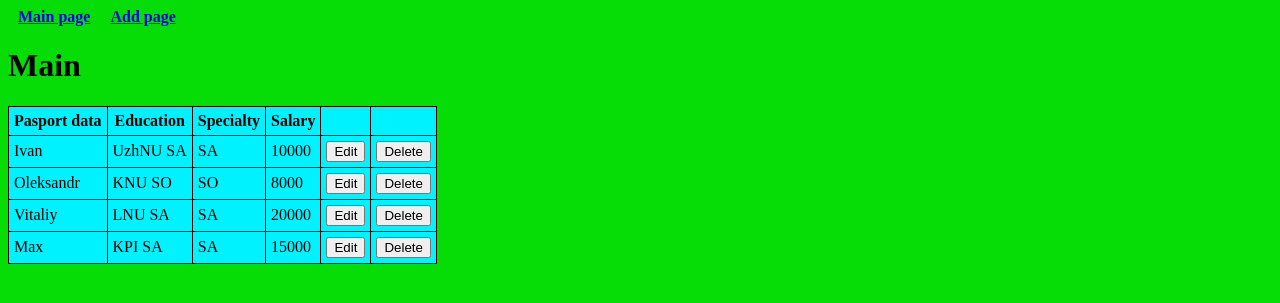
Repository: Alan-Melnychenko/vue
Page: / (app in Project/)
The author's editor kept a copy of each file at every save. The page is drawn from the files as they stood at one save, then again after the next save.
The browser window is 1280 px wide. The pictures show the whole page.
The project was rebuilt for these pictures with package versions that can differ from the ones it lists, and the page was loaded fresh each time. Also part of the build but not shown: Project/vue.config.js, Project/src/pages/Add/index.vue, Project/src/pages/Edit/index.vue.

Above is the page before, as saved 2022-11-08 23:33:17.

### Project/src/App.vue
<template>
  <div>
    <header>
      <router-link class="link" to="/"><b>Main page</b></router-link>
      <router-link class="link" to="/add"><b>Add page</b></router-link>
    </header>
    <main>
      <router-view></router-view>
    </main>
  </div>
</template>
<script>
export default {
  name: "App",
  components: {},
};
</script>

<style>
table {
  background-color: rgb(0, 242, 255);
}
body {
  background-color: rgb(6, 221, 6);
}
.link {
  margin: 10px;
}
table {
  border-collapse: collapse;
  border: 1px solid black;
  padding: 2px;
}
th {
  background-color:  rgb(0, 0, 0));
  border: 1px solid black;
  padding: 5px;
}
td {
  border: 1px solid black;
  padding: 5px;
}
</style>

### Project/src/router.js
import { createRouter, createWebHashHistory } from "vue-router";

import MainPage from "./pages/Main/index.vue";
import AddPage from "./pages/Add/index.vue";
import EditPage from "./pages/Edit/index.vue";

const routes = [
  {
    path: "/",
    name: "main",
    component: MainPage,
  },
  {
    path: "/add",
    name: "add",
    component: AddPage,
  },
  {
    path: "/edit/:id?",
    name: "edit",
    component: EditPage,
  },
];

const router = createRouter({
  history: createWebHashHistory(),
  routes,
});

export default router;

### Project/src/store/index.js
import { createStore } from "vuex";

const store = createStore({
  state() {
    return {
      listData: [
        {
          id: 0,
          pasport: "Ivan",
          education: "UzhNU SA",
          specialty: "SA",
          salary: 10000,
        },
        {
          id: 1,
          pasport: "Oleksandr",
          education: "KNU SO",
          specialty: "SO",
          salary: 8000,
        },
        {
          id: 2,
          pasport: "Vitaliy",
          education: "LNU SA",
          specialty: "SA",
          salary: 20000,
        },
        {
          id: 3,
          pasport: "Max",
          education: "KPI SA",
          specialty: "SA",
          salary: 15000,
        },
      ],
    };
  },
  getters: {
    getAllListData: (state) => state.listData,
    getEmployeeById: (state) => (id) => {
      return state.listData[id];
    },
  },

  mutations: {
    addNewEmployee(state, arr) {
      state.listData.push(arr);
    },
    editEmployee(state, arr) {
      state.listData[arr[0]] = arr[1];
    },
    deleteEmployee(state, id) {
      state.listData = state.listData.filter((item) => item.id !== id);
    },
  },
  actions: {
    addNewEmployeeAction({ commit }, arr) {
      commit("addNewEmployee", arr);
    },
    editEmployeeAction({ commit }, arr) {
      commit("editEmployee", arr);
    },
    deleteEmployeeAction({ commit }, id) {
      commit("deleteEmployee", id);
    },
  },
});

export default store;

### Project/src/pages/Main/index.vue
<template>
  <div>
    <h1>Main</h1>
    <table>
      <tr>
        <th>Pasport data</th>
        <th>Education</th>
        <th>Specialty</th>
        <th>Salary</th>
        <th></th>
        <th></th>
      </tr>
      <employee-card
        v-for="item in getAllListData"
        :key="item.id"
        :pasport="item.pasport"
        :education="item.education"
        :specialty="item.specialty"
        :salary="item.salary"
      />
    </table>
  </div>
</template>

<script>
import employeeCard from "@/components/employee.vue";
import { mapGetters } from "vuex";
export default {
  name: "MainPage",
  components: {
    employeeCard,
  },
  computed: {
    ...mapGetters(["getAllListData"]),
  },
  methods: {
    goToAdd() {
      this.$router.push({ path: "/add" });
    },
    goToEdit() {
      this.$router.push({ path: "/edit" });
    },
  },
};
</script>

<style lang="css" scoped></style>

### Project/src/components/employee.vue
<template>
  <tr>
    <td>{{ pasport }}</td>
    <td>{{ education }}</td>
    <td>{{ specialty }}</td>
    <td>{{ salary }}</td>
    <td><button @click="onEdit(id)">Edit</button></td>
    <td><button @click="onDelete(id)">Delete</button></td>
  </tr>
</template>

<script>
import { mapActions } from "vuex";
export default {
  name: "employeeCard",

  props: {
    id: {
      type: Number,
      default: 0,
    },
    pasport: {
      type: String,
      default: "No pasport data",
    },
    education: {
      type: String,
      default: "No education",
    },
    specialty: {
      type: String,
      default: "No specialty",
    },
    salary: {
      type: Number,
      default: 0,
    },
  },
  methods: {
    ...mapActions(["deleteEmployeeAction"]),
    onEdit(id) {
      this.$router.push({
        name: "edit",
        params: { id: id },
      });
    },
    onDelete(id) {
      this.deleteEmployeeAction(id);
    },
  },
};
</script>

<style lang="css" scoped></style>

Loaded but not shown: Project/public/index.html (common file); Project/src/main.js (common file)

After the next save:
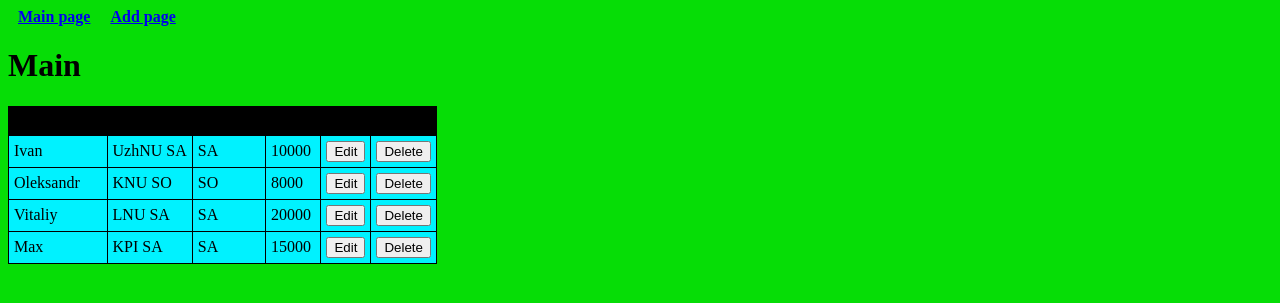
Saved 28 s later.
--- a/Project/src/App.vue
+++ b/Project/src/App.vue
@@ -32,7 +32,7 @@ table {
   padding: 2px;
 }
 th {
-  background-color:  rgb(0, 0, 0));
+  background-color:  rgb(0, 0, 0);
   border: 1px solid black;
   padding: 5px;
 }
